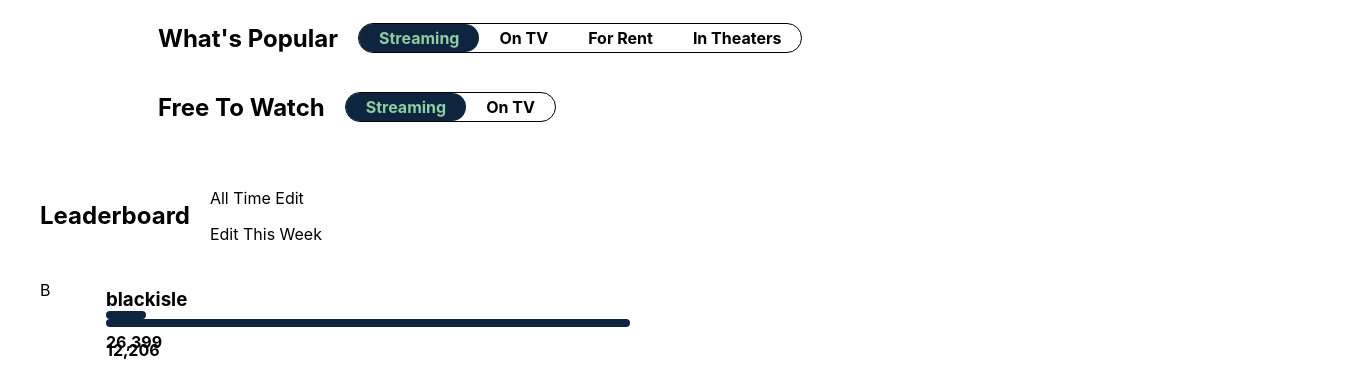
Repository: Fauzaanmhmd/qnpTesFrontend
Page: /
These files come from the project's save history. The page is drawn as it stood at one moment and after the next save; the edit follows.
The browser window is 1280 px wide. The page is 1371 px wide, so the pictures cover 1371 px, including what lies to the right of the window. The pictures show the part of the page from y = 364 to 826 px (the page is 750 px tall before and 826 px after).
The page's requests for data from a server got no answer. The project was rebuilt for these pictures with package versions that can differ from the ones it lists, and the page was loaded fresh each time. The framework's server and built-in components were replaced by stand-ins that run in the browser. No one was signed in, and anything a server would have sent is missing. Also part of the build but not shown: next.config.js, styles/Moviecard.module.scss, pages/components/Moviecard.tsx.

Above is the page before, as saved 2022-03-19 14:28:52.

After the next save:
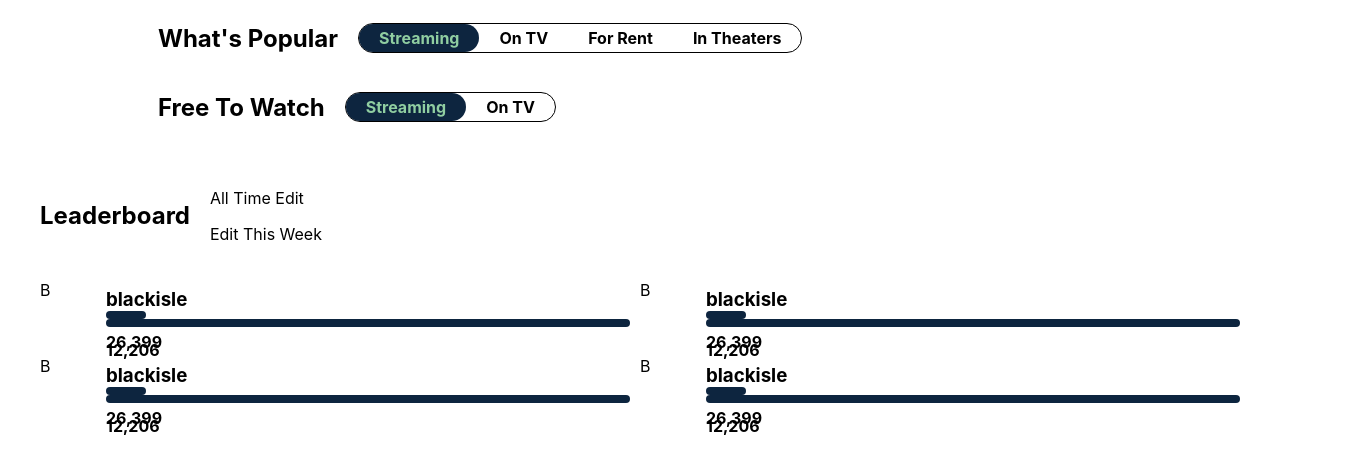
Saved 74 s later.
--- a/pages/Leaderboard.tsx
+++ b/pages/Leaderboard.tsx
@@ -36,6 +36,72 @@
                                     </div>
                                 </div>
                             </li>
+                            <li>
+                                <span className={styles.avatar}>
+                                    <a href="/u/blackisle">
+                                        <span>B</span>
+                                    </a>
+                                </span>
+                                <div className={styles.data}>
+                                    <h3>
+                                        <a href="/u/blackisle">blackisle</a>
+                                    </h3>
+                                    <div className={styles.meter}>
+                                        <div className={styles.gauge}>
+                                            <h4>26,399</h4>
+                                        </div>
+                                    </div>
+                                    <div className={styles.meterThisWeek}>
+                                        <div className={styles.gaugeThisWeek}>
+                                            <h4>12,206</h4>
+                                        </div>
+                                    </div>
+                                </div>
+                            </li>
+                            <li>
+                                <span className={styles.avatar}>
+                                    <a href="/u/blackisle">
+                                        <span>B</span>
+                                    </a>
+                                </span>
+                                <div className={styles.data}>
+                                    <h3>
+                                        <a href="/u/blackisle">blackisle</a>
+                                    </h3>
+                                    <div className={styles.meter}>
+                                        <div className={styles.gauge}>
+                                            <h4>26,399</h4>
+                                        </div>
+                                    </div>
+                                    <div className={styles.meterThisWeek}>
+                                        <div className={styles.gaugeThisWeek}>
+                                            <h4>12,206</h4>
+                                        </div>
+                                    </div>
+                                </div>
+                            </li>
+                            <li>
+                                <span className={styles.avatar}>
+                                    <a href="/u/blackisle">
+                                        <span>B</span>
+                                    </a>
+                                </span>
+                                <div className={styles.data}>
+                                    <h3>
+                                        <a href="/u/blackisle">blackisle</a>
+                                    </h3>
+                                    <div className={styles.meter}>
+                                        <div className={styles.gauge}>
+                                            <h4>26,399</h4>
+                                        </div>
+                                    </div>
+                                    <div className={styles.meterThisWeek}>
+                                        <div className={styles.gaugeThisWeek}>
+                                            <h4>12,206</h4>
+                                        </div>
+                                    </div>
+                                </div>
+                            </li>
                         </ol>
                     </div>
                 </div>

After the save that followed:
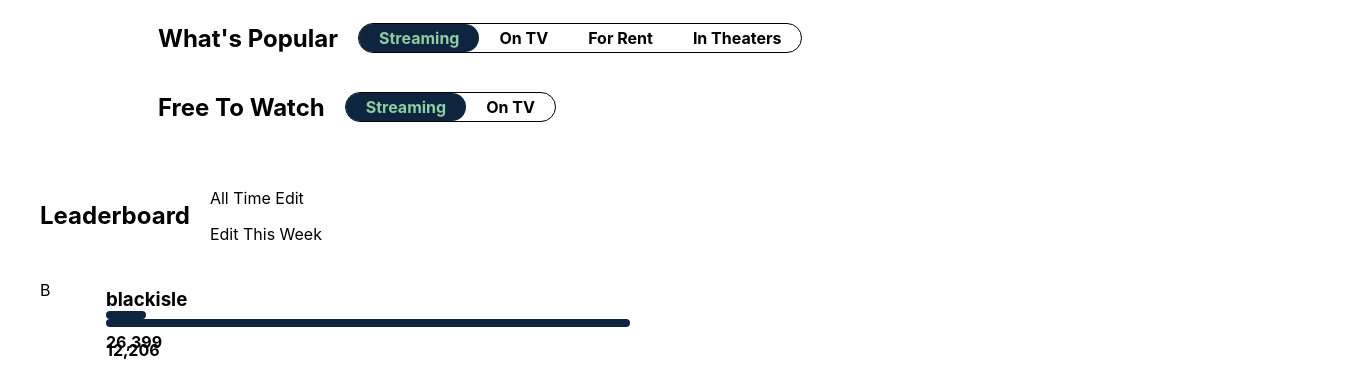
Saved 16 s later.
--- a/pages/Leaderboard.tsx
+++ b/pages/Leaderboard.tsx
@@ -36,72 +36,6 @@
                                     </div>
                                 </div>
                             </li>
-                            <li>
-                                <span className={styles.avatar}>
-                                    <a href="/u/blackisle">
-                                        <span>B</span>
-                                    </a>
-                                </span>
-                                <div className={styles.data}>
-                                    <h3>
-                                        <a href="/u/blackisle">blackisle</a>
-                                    </h3>
-                                    <div className={styles.meter}>
-                                        <div className={styles.gauge}>
-                                            <h4>26,399</h4>
-                                        </div>
-                                    </div>
-                                    <div className={styles.meterThisWeek}>
-                                        <div className={styles.gaugeThisWeek}>
-                                            <h4>12,206</h4>
-                                        </div>
-                                    </div>
-                                </div>
-                            </li>
-                            <li>
-                                <span className={styles.avatar}>
-                                    <a href="/u/blackisle">
-                                        <span>B</span>
-                                    </a>
-                                </span>
-                                <div className={styles.data}>
-                                    <h3>
-                                        <a href="/u/blackisle">blackisle</a>
-                                    </h3>
-                                    <div className={styles.meter}>
-                                        <div className={styles.gauge}>
-                                            <h4>26,399</h4>
-                                        </div>
-                                    </div>
-                                    <div className={styles.meterThisWeek}>
-                                        <div className={styles.gaugeThisWeek}>
-                                            <h4>12,206</h4>
-                                        </div>
-                                    </div>
-                                </div>
-                            </li>
-                            <li>
-                                <span className={styles.avatar}>
-                                    <a href="/u/blackisle">
-                                        <span>B</span>
-                                    </a>
-                                </span>
-                                <div className={styles.data}>
-                                    <h3>
-                                        <a href="/u/blackisle">blackisle</a>
-                                    </h3>
-                                    <div className={styles.meter}>
-                                        <div className={styles.gauge}>
-                                            <h4>26,399</h4>
-                                        </div>
-                                    </div>
-                                    <div className={styles.meterThisWeek}>
-                                        <div className={styles.gaugeThisWeek}>
-                                            <h4>12,206</h4>
-                                        </div>
-                                    </div>
-                                </div>
-                            </li>
                         </ol>
                     </div>
                 </div>
